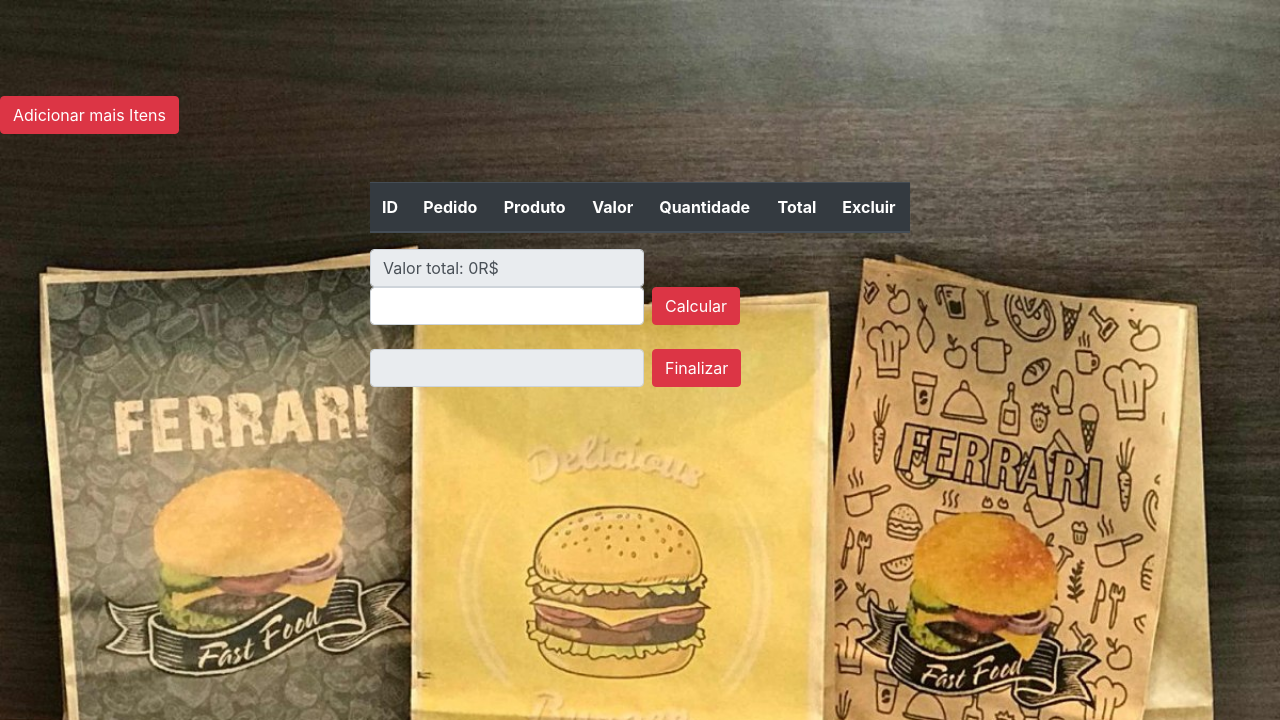
Repository: AnaMassaro/projetoRestaurante
Page: http://localhost/WEBRes/terminoPedido.jsp
These files come from the project's save history. The page is drawn as it stood at one moment and after the next save; the edit follows.
The browser window is 1280 px wide. The pictures show the whole page.
The page is served by Tomcat 9. Queries for data that is not in the repository find no rows.

Above is the page before, as saved 2019-12-17 03:57:47.
Console error: TypeError: Cannot read properties of undefined (reading 'fn')
Not found: WEBRes/WEBRes/style.css

After the next save:
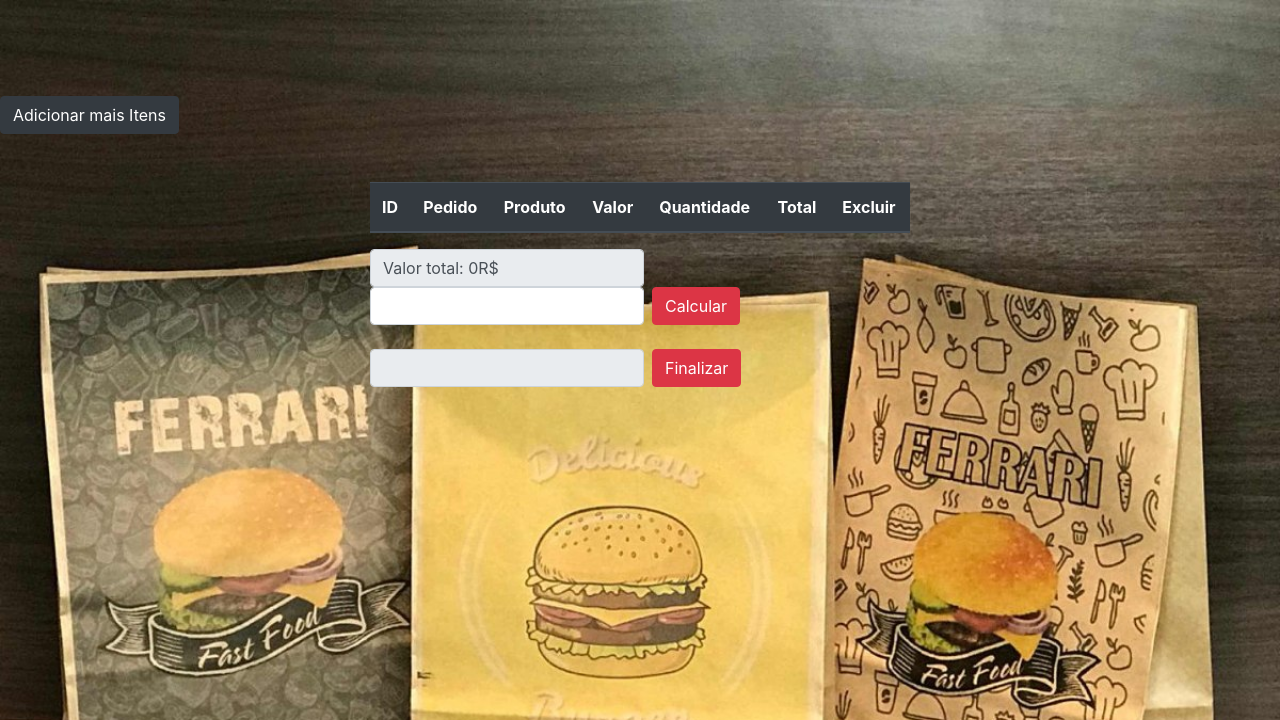
Saved 8 s later.
--- a/WEBRes/WebContent/terminoPedido.jsp
+++ b/WEBRes/WebContent/terminoPedido.jsp
@@ -39,7 +39,7 @@
 </head>
 <body>
      <br><br><br><br>
-     <button class="btn btn-danger">Adicionar mais Itens</button>
+     <button class="btn btn-dark">Adicionar mais Itens</button>
 
     <div class="container mt-5">
     	<div class="row mt-5 justify-content-center">
